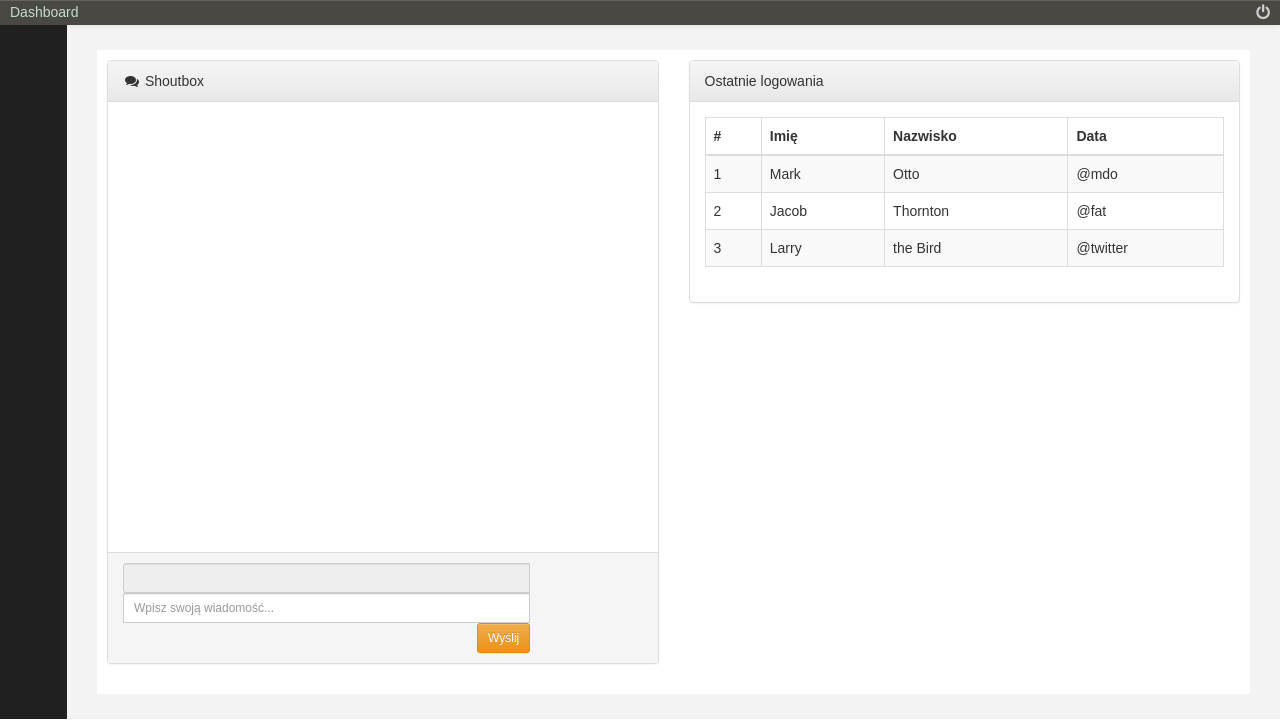
Repository: bitterpiter/angularproject
Page: index.html
The author's editor kept a record of every edit. The page is drawn from the files as they stood at one moment, then again after the next edit.
The browser window is 1280 px wide. The pictures show the whole page.

Above is the page before.
Console error: ReferenceError: startTime is not defined

### index.html
<!DOCTYPE html>
<html ng-app="adminPanel">

<head>
    <meta charset="utf-8">
    <title>Projekt zaawansowane techniki internetowe</title>
    <meta name="description" content="">
    <meta name="viewport" content="width=device-width, initial-scale=1.0, maximum-scale=1.0;">
    <link rel="stylesheet" href="bower_components/bootstrap/dist/css/bootstrap.min.css">
    <link rel="stylesheet" href="bower_components/bootstrap/dist/css/bootstrap-theme.min.css">
    <link rel="stylesheet" href="bower_components/fontawesome/css/font-awesome.min.css">
    <link rel="stylesheet" href="assets/css/style.css">
    <style>
        .last-login {
            float: right;
            font-size: 16px;
            margin: 2px 10px;
        }
        .panel-title {
            float: left;
            color: #c4dbd2;
            font-size: 14px;
            margin: 2px 10px;
        }
    </style>
</head>

<body>
    <div id="main-container">
        <nav class="navbar navbar-default navbar-cls-top " role="navigation" style="margin-bottom: 0">
            <span class="panel-title">Dashboard</span>
            <span class="last-login">
                <span id="clock"></span>
                <a href="#" class="little-btn">
                    <i class="fa fa-power-off"></i>
                </a>
            </span>
        </nav>
        <nav class="navbar-default navbar-side no-radius" role="navigation">
            <div class="sidebar-collapse">
                <ul class="nav" id="main-menu" ng-controller="menuCtrl">
                    <li ng-repeat="position in menuPositions">
                        <a ui-sref="{{position.href}}"><i class="fa {{position.icon}} fa-3x"></i>
                        <span class="menu-title">{{position.title}}</span>
                        </a>
                    </li>
                </ul>
            </div>
        </nav>

        <div id="page-wrapper">
            <div id="page-inner">
                <div class="row">
                    <div class="col-md-6 col-sm-12 col-xs-12">

                        <div ng-controller="shoutboxCtrl" class="chat-panel panel panel-default chat-boder chat-panel-head">
                            <div class="panel-heading">
                                <i class="fa fa-comments fa-fw"></i>
                                <span>Shoutbox</span>
                            </div>

                            <div class="panel-body">
                                <ul class="chat-box">
                                    <li ng-repeat="(id,message) in shoutboxMessages | orderBy:'date'" class="left clearfix">
                                        <span class="chat-img pull-left">
                                            <i class="fa fa-user fa-3x"></i>
                                        </span>
                                        <div class="chat-body">
                                            <strong>{{message.user}}</strong>
                                            <a class="fa fa-remove fa-fw remove-msg" ng-click="removeMessage(id)"></a>
                                            <small class="pull-right text-muted">
                                                <i class="fa fa-clock-o fa-fw"></i>{{message.date | date:'yyyy-MM-dd HH:mm:ss'}}
                                            </small>
                                            <p>
                                                {{message.msg}}
                                            </p>
                                        </div>
                                    </li>
                                </ul>
                            </div>
                            <div class="panel-footer">
                                <div class="input-group">

                                    <form ng-submit="addMessage(newMessage, newMsgUser)">
                                        <input type="text" ng-model="newMsgUser" class="form-control input-sm" readonly />
                                        <input type="text" ng-model="newMessage" class="form-control input-sm" placeholder="Wpisz swoją wiadomość..." />
                                        <button class="btn btn-warning btn-sm btn-chat-submit" id="btn-chat">
                                            Wyślij
                                        </button>
                                    </form>
                                </span>
                                </div>
                            </div>
                        </div>
                    </div>
                     <div class="col-md-6 col-sm-12 col-xs-12">
                        <div class="panel panel-default">
                            <div class="panel-heading">
                                Ostatnie logowania
                            </div>
                            <div class="panel-body">
                                <div class="table-responsive">
                                    <table class="table table-striped table-bordered table-hover">
                                        <thead>
                                            <tr>
                                                <th>#</th>
                                                <th>Imię</th>
                                                <th>Nazwisko</th>
                                                <th>Data</th>
                                            </tr>
                                        </thead>
                                        <tbody>
                                            <tr>
                                                <td>1</td>
                                                <td>Mark</td>
                                                <td>Otto</td>
                                                <td>@mdo</td>
                                            </tr>
                                            <tr>
                                                <td>2</td>
                                                <td>Jacob</td>
                                                <td>Thornton</td>
                                                <td>@fat</td>
                                            </tr>
                                            <tr>
                                                <td>3</td>
                                                <td>Larry</td>
                                                <td>the Bird</td>
                                                <td>@twitter</td>
                                            </tr>
                                        </tbody>
                                    </table>
                                </div>
                            </div>
                        </div>
                    </div>
                </div>
            </div>
        </div>
    </div>
    <script type="text/javascript" src="bower_components/angular/angular.min.js"></script>
    <script type="text/javascript" src="bower_components/angular-ui-router/release/angular-ui-router.min.js"></script>
    <script type="text/javascript" src="bower_components/angularfire/dist/angularfire.min.js"></script>
    <script type="text/javascript" src="bower_components/firebase/firebase.js"></script>
    <script type="text/javascript" src="bower_components/jquery/dist/jquery.min.js"></script>
    <script type="text/javascript" src="bower_components/underscore/underscore-min.js"></script>
    <script type="text/javascript" src="bower_components/jquery/dist/jquery.min.js"></script>
    <script type="text/javascript" src="bower_components/bootstrap/dist/js/bootstrap.min.js"></script>
    <script type="text/javascript" src="assets/js/clock.js"></script>
    <script type="text/javascript" src="assets/js/timeconvert.js"></script>
    <script type="text/javascript" src="assets/js/script.js"></script>
    <script type="text/javascript" src="assets/js/config.js"></script>
    <script type="text/javascript" src="assets/js/controllers/shoutbox.js"></script>
    <script type="text/javascript" src="assets/js/factories/shoutbox_factory.js"></script>
    <script type="text/javascript" src="assets/js/controllers/menu.js"></script>
    <script type="text/javascript" src="assets/js/factories/menu_factory.js"></script>


</body>

</html>

### assets/css/style.css

body {
    font-family: 'Ubuntu', sans-serif;
}
#main-container {
    width: 100%;
    background: #202020;
}
#page-wrapper {
    padding: 15px 15px;
    background: #F3F3F3;
}
#page-inner {
    width: 100%;
    margin: 10px 20px 10px 0px;
    background-color: #fff!important;
    padding: 10px;
}
.no-radius{
    border-radius: 0px;
}
.text-center {
    text-align: center;
}
.no-boder {
    border: 1px solid #f3f3f3;
}
h2 {
    color: #f00;
}
h4 {
    padding-top: 10px;
}
.square-btn-adjust {
    border: 0px solid transparent;
    -webkit-border-radius: 0px;
    -moz-border-radius: 0px;
    border-radius: 0px;
}
p {
    font-size: 16px;
    line-height: 25px;
    padding-top: 20px;
}
.panel-back {
    background-color: #F8F8F8;
}
.noti-box {
    min-height: 100px;
    padding: 20px;
}
.noti-box .icon-box {
    display: block;
    float: left;
    margin: 0 15px 10px 0;
    width: 70px;
    height: 70px;
    line-height: 75px;
    vertical-align: middle;
    text-align: center;
    font-size: 40px;
}
.text-box p {
    margin: 0 0 3px;
}
.main-text {
    font-size: 25px;
    font-weight: 600;
}
.set-icon {
    -webkit-border-radius: 50px;
    -moz-border-radius: 50px;
    border-radius: 50px;
}
.bg-color-green {
    background-color: #00CE6F;
    color: #fff;
}
.bg-color-blue {
    background-color: #A95DF0;
    color: #fff;
}
.bg-color-red {
    background-color: #DB0630;
    color: #fff;
}
.bg-color-brown {
    background-color: #B94A00;
    color: #fff;
}
.icon-box-right {
    display: block;
    float: right;
    margin: 0 15px 10px 0;
    width: 70px;
    height: 70px;
    line-height: 75px;
    vertical-align: middle;
    text-align: center;
    font-size: 40px;
}
.main-temp-back {
    background: #8702A8;
    color: #FFFFFF;
    font-size: 16px;
    font-weight: 300;
    text-align: center;
}
.main-temp-back .text-temp {
    font-size: 40px;
}
.back-dash {
    padding: 20px;
    font-size: 20px;
    font-weight: 500;
    -webkit-border-radius: 0px;
    -moz-border-radius: 0px;
    border-radius: 0px;
    background-color: #2EA7EB;
    color: #fff;
}
.back-dash p {
    padding-top: 16px;
    font-size: 13px;
    color: #fff;
    line-height: 25px;
    text-align: justify;
}
.back-footer-green {
    background-color: #009B50;
    border-top: 0px solid #fff;
}
.back-footer-red {
    background-color: #AF0000;
    border-top: 0px solid #fff;
}
.color-bottom-txt {
    color: #000;
    font-size: 16px;
    line-height: 30px;
}
.chat-panel .panel-body {
    height: 450px;
    overflow-y: scroll;
}
.chat-box {
    margin: 0;
    padding: 0;
    list-style: none;
}
.chat-box li {
    margin-bottom: 15px;
    padding-bottom: 5px;
    border-bottom: 1px dotted #808080;
}
.chat-box li.left .chat-body {
    margin-left: 90px;
}
.chat-box li .chat-body p {
    margin: 0;
    color: #8d8888;
}
.chat-img>img {
    margin-left: 20px;
}
.user-image {
    margin: 25px auto;
    -webkit-border-radius: 10px;
    -moz-border-radius: 10px;
    border-radius: 10px;
    max-height: 170px;
    max-width: 170px;
}
.navbar-cls-top .navbar-brand {
    color: #fff;
    background: #C90000;
    width: 260px;
    text-align: center;
    height: 60px;
    font-size: 30px;
    font-weight: 700;
}
.active-menu {
    background-color: #C90000!important;
}
.arrow {
    float: right;
}
.fa.arrow:before {
    content: "\f104";
}
.active > a > .fa.arrow:before {
    content: "\f107";
}
.nav-second-level li,
.nav-third-level li {
    border-bottom: none !important;
}
.nav-second-level li a {
    padding-left: 37px;
}
.nav-third-level li a {
    padding-left: 55px;
}
.sidebar-collapse,
.sidebar-collapse .nav {
    background: none;
}
.sidebar-collapse .nav {
    padding: 0;
}
.sidebar-collapse .nav > li > a {
    color: #fff;
    background: #202020;
    text-shadow: none;
    padding: 10px 12px;
    text-align: center;
}
.sidebar-collapse .nav > li > a:hover,
.sidebar-collapse .nav > li > a:focus {
    background: #0A0A0A;
    outline: 0;
}
.nav-second-level > li > a:before,
.nav-third-level > li > a:before {
    content: "";
    display: block;
    position: absolute;
    left: 20px;
    width: 15px;
    height: 1px;
    background: #ff0000;
    top: 20px;
}
.nav-second-level > li > a:after,
.nav-third-level > li > a:after {
    content: "";
    display: block;
    position: absolute;
    left: 20px;
    width: 1px;
    height: 100%;
    background: #ff0000;
    top: 0px;
    z-index: 10;
}
.nav-second-level > li:last-child > a:after,
.nav-third-level > li:last-child > a:after {
    height: 50%;
}
.nav-third-level > li > a:after,
.nav-third-level > li > a:before {
    left: 40px;
}
.navbar-side {
    border: none;
    background-color: #202020;
}
.navbar-cls-top {
    background: #494842;
    border-bottom: none;
    height: 25px;
    min-height: 25px;
    width: 100%;
    z-index: 10000;
}
.navbar-cls-top .navbar-brand:hover {
    background: #C90000;
    color: #fff;
}
.navbar-default {
    border: 0px solid black;
}
.navbar-header {
    background: #A70303;
}
.navbar-default .navbar-toggle:hover,
.navbar-default .navbar-toggle:focus {
    background-color: #B40101;
}
.navbar-default .navbar-toggle {
    border-color: #fff;
}
.navbar-default .navbar-toggle .icon-bar {
    background-color: #FFF;
}
.last-login, .little-btn {
    color: #ccc;
}
.little-btn {
    display: inline-block;
}
.little-btn:active, .little-btn:visited {
    color: #ccc;
}
.little-btn:hover {
    color: #F00;
}
#clock {
    margin-right: 12px;
    font-size: 14px;
}
.remove-msg {
    cursor: pointer;
    color: #ccc;
}

.remove-msg:hover {
    color: #F00;
    text-decoration: none;
}
.menu-title {
    display: none;
}
.btn-chat-submit {
    float: right;
}
/*============================*/
@media(min-width:768px) {
    #page-wrapper {
        margin: 0 0 0 67px;
        padding: 15px 30px;
    }
    .navbar-side {
        z-index: 1;
        position: absolute;
        width: 67px;
    }
    .navbar {
        border-radius: 0px;
    }
}

### assets/js/timeconvert.js
function timeConverter(UNIX_timestamp) {
    var a = new Date(UNIX_timestamp * 1000);
    var months = ['Jan', 'Feb', 'Mar', 'Apr', 'May', 'Jun', 'Jul', 'Aug', 'Sep', 'Oct', 'Nov', 'Dec'];
    var year = a.getFullYear();
    var month = months[a.getMonth()];
    var date = a.getDate();
    var hour = a.getHours();
    var min = a.getMinutes();
    var sec = a.getSeconds();

    var time = date + ',' + month + ' ' + year + ' ' + hour + ':' + min + ':' + sec;
    return time;
}

### assets/js/script.js
$(document).ready(function() {
    startTime();
});

### assets/js/controllers/shoutbox.js
myApp.controller("shoutboxCtrl", function($scope, ShoutboxMessages) {
    $scope.newMsgUser = "John Locke";
    $scope.shoutboxMessages = ShoutboxMessages.getMessages();
    $scope.addMessage = function(msg, newMsgUser) {
        ShoutboxMessages.addMessage({
            user: newMsgUser,
            date: Date.now(),
            msg: msg
        });
        delete $scope.newMessage;
    };
    $scope.removeMessage = function (id) {
        ShoutboxMessages.removeMessage(id);
    };
});

### assets/js/controllers/menu.js
myApp.controller("menuCtrl", function($scope, MenuPositions) {
    $scope.menuPositions = MenuPositions;
});

### assets/js/factories/menu_factory.js
myApp.factory("Menu", function() {
    var menuPositions = [
        {href: "index.html", icon: "fa-dashboard", title: "Dashboard"},
        {href: "index.html", icon: "fa-desktop", title: "Dashboard"},
        {href: "index.html", icon: "fa-qrcode", title: "Dashboard"},
        {href: "index.html", icon: "fa-bar-chart-o", title: "Dashboard"},
        {href: "index.html", icon: "fa-table", title: "Dashboard"},
        {href: "index.html", icon: "fa-edit", title: "Dashboard"},
        {href: "index.html", icon: "fa-square", title: "Dashboard"},
    ];

});

### templates/dashboard.html
<div class="row">
    <div class="col-md-6 col-sm-12 col-xs-12">

        <div ng-controller="shoutboxCtrl" class="chat-panel panel panel-default chat-boder chat-panel-head">
            <div class="panel-heading">
                <i class="fa fa-comments fa-fw"></i>
                <span>Shoutbox</span>
            </div>

            <div class="panel-body">
                <ul class="chat-box">
                    <li ng-repeat="(id,message) in shoutboxMessages | orderBy:'date'" class="left clearfix">
                        <span class="chat-img pull-left">
                                            <i class="fa fa-user fa-3x"></i>
                                        </span>
                        <div class="chat-body">
                            <strong>{{message.user}}</strong>
                            <a class="fa fa-remove fa-fw remove-msg" ng-click="removeMessage(id)"></a>
                            <small class="pull-right text-muted">
                                <i class="fa fa-clock-o fa-fw"></i>{{message.date | date:'yyyy-MM-dd HH:mm:ss'}}
                            </small>
                            <p>
                                {{message.msg}}
                            </p>
                        </div>
                    </li>
                </ul>
            </div>
            <div class="panel-footer">
                <div class="input-group">

                    <form ng-submit="addMessage(newMessage, newMsgUser)">
                        <input type="text" ng-model="newMsgUser" class="form-control input-sm" readonly />
                        <input type="text" ng-model="newMessage" class="form-control input-sm" placeholder="Wpisz swoją wiadomość..." />
                        <button class="btn btn-warning btn-sm btn-chat-submit" id="btn-chat">
                            Wyślij
                        </button>
                    </form>
                    </span>
                </div>
            </div>
        </div>
    </div>
    <div class="col-md-6 col-sm-12 col-xs-12">
        <div class="panel panel-default">
            <div class="panel-heading">
                Ostatnie logowania
            </div>
            <div class="panel-body">
                <div class="table-responsive">
                    <table class="table table-striped table-bordered table-hover">
                        <thead>
                            <tr>
                                <th>#</th>
                                <th>Imię</th>
                                <th>Nazwisko</th>
                                <th>Data</th>
                            </tr>
                        </thead>
                        <tbody>
                            <tr>
                                <td>1</td>
                                <td>Mark</td>
                                <td>Otto</td>
                                <td>@mdo</td>
                            </tr>
                            <tr>
                                <td>2</td>
                                <td>Jacob</td>
                                <td>Thornton</td>
                                <td>@fat</td>
                            </tr>
                            <tr>
                                <td>3</td>
                                <td>Larry</td>
                                <td>the Bird</td>
                                <td>@twitter</td>
                            </tr>
                        </tbody>
                    </table>
                </div>
            </div>
        </div>
    </div>
</div>

Loaded but not shown: bower_components/bootstrap/dist/css/bootstrap.min.css (library); bower_components/bootstrap/dist/css/bootstrap-theme.min.css (library); bower_components/fontawesome/css/font-awesome.min.css (library); bower_components/angular/angular.min.js (library); bower_components/angular-ui-router/release/angular-ui-router.min.js (library); bower_components/angularfire/dist/angularfire.min.js (library); bower_components/firebase/firebase.js (library); bower_components/jquery/dist/jquery.min.js (library); bower_components/underscore/underscore-min.js (library); bower_components/bootstrap/dist/js/bootstrap.min.js (library); assets/js/config.js (27 lines, source omitted); assets/js/clock.js (no copy from this time; the picture is the same without it); assets/js/factories/shoutbox_factory.js (no copy from this time; the picture is the same without it)

After the next edit:
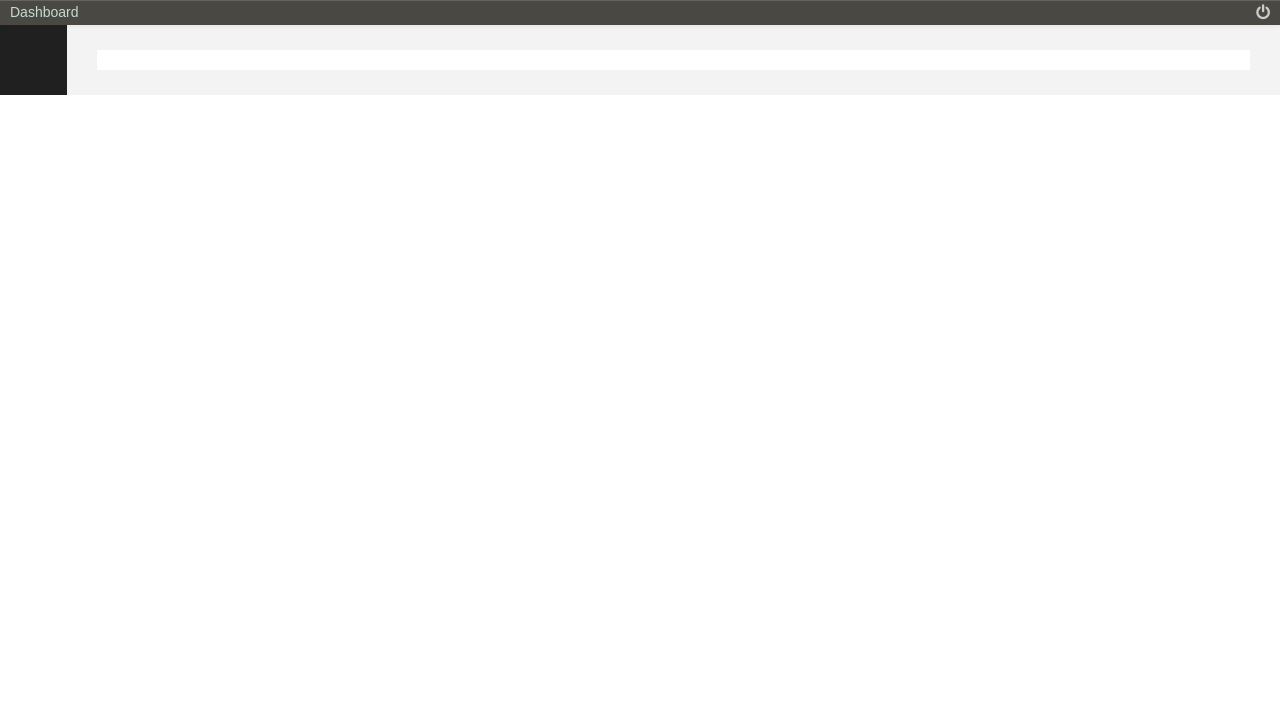
The edit:
--- a/index.html
+++ b/index.html
@@ -50,91 +50,7 @@
 
         <div id="page-wrapper">
             <div id="page-inner">
-                <div class="row">
-                    <div class="col-md-6 col-sm-12 col-xs-12">
-
-                        <div ng-controller="shoutboxCtrl" class="chat-panel panel panel-default chat-boder chat-panel-head">
-                            <div class="panel-heading">
-                                <i class="fa fa-comments fa-fw"></i>
-                                <span>Shoutbox</span>
-                            </div>
-
-                            <div class="panel-body">
-                                <ul class="chat-box">
-                                    <li ng-repeat="(id,message) in shoutboxMessages | orderBy:'date'" class="left clearfix">
-                                        <span class="chat-img pull-left">
-                                            <i class="fa fa-user fa-3x"></i>
-                                        </span>
-                                        <div class="chat-body">
-                                            <strong>{{message.user}}</strong>
-                                            <a class="fa fa-remove fa-fw remove-msg" ng-click="removeMessage(id)"></a>
-                                            <small class="pull-right text-muted">
-                                                <i class="fa fa-clock-o fa-fw"></i>{{message.date | date:'yyyy-MM-dd HH:mm:ss'}}
-                                            </small>
-                                            <p>
-                                                {{message.msg}}
-                                            </p>
-                                        </div>
-                                    </li>
-                                </ul>
-                            </div>
-                            <div class="panel-footer">
-                                <div class="input-group">
-
-                                    <form ng-submit="addMessage(newMessage, newMsgUser)">
-                                        <input type="text" ng-model="newMsgUser" class="form-control input-sm" readonly />
-                                        <input type="text" ng-model="newMessage" class="form-control input-sm" placeholder="Wpisz swoją wiadomość..." />
-                                        <button class="btn btn-warning btn-sm btn-chat-submit" id="btn-chat">
-                                            Wyślij
-                                        </button>
-                                    </form>
-                                </span>
-                                </div>
-                            </div>
-                        </div>
-                    </div>
-                     <div class="col-md-6 col-sm-12 col-xs-12">
-                        <div class="panel panel-default">
-                            <div class="panel-heading">
-                                Ostatnie logowania
-                            </div>
-                            <div class="panel-body">
-                                <div class="table-responsive">
-                                    <table class="table table-striped table-bordered table-hover">
-                                        <thead>
-                                            <tr>
-                                                <th>#</th>
-                                                <th>Imię</th>
-                                                <th>Nazwisko</th>
-                                                <th>Data</th>
-                                            </tr>
-                                        </thead>
-                                        <tbody>
-                                            <tr>
-                                                <td>1</td>
-                                                <td>Mark</td>
-                                                <td>Otto</td>
-                                                <td>@mdo</td>
-                                            </tr>
-                                            <tr>
-                                                <td>2</td>
-                                                <td>Jacob</td>
-                                                <td>Thornton</td>
-                                                <td>@fat</td>
-                                            </tr>
-                                            <tr>
-                                                <td>3</td>
-                                                <td>Larry</td>
-                                                <td>the Bird</td>
-                                                <td>@twitter</td>
-                                            </tr>
-                                        </tbody>
-                                    </table>
-                                </div>
-                            </div>
-                        </div>
-                    </div>
-                </div>
+                <div ui-view></div>
             </div>
         </div>
     </div>
